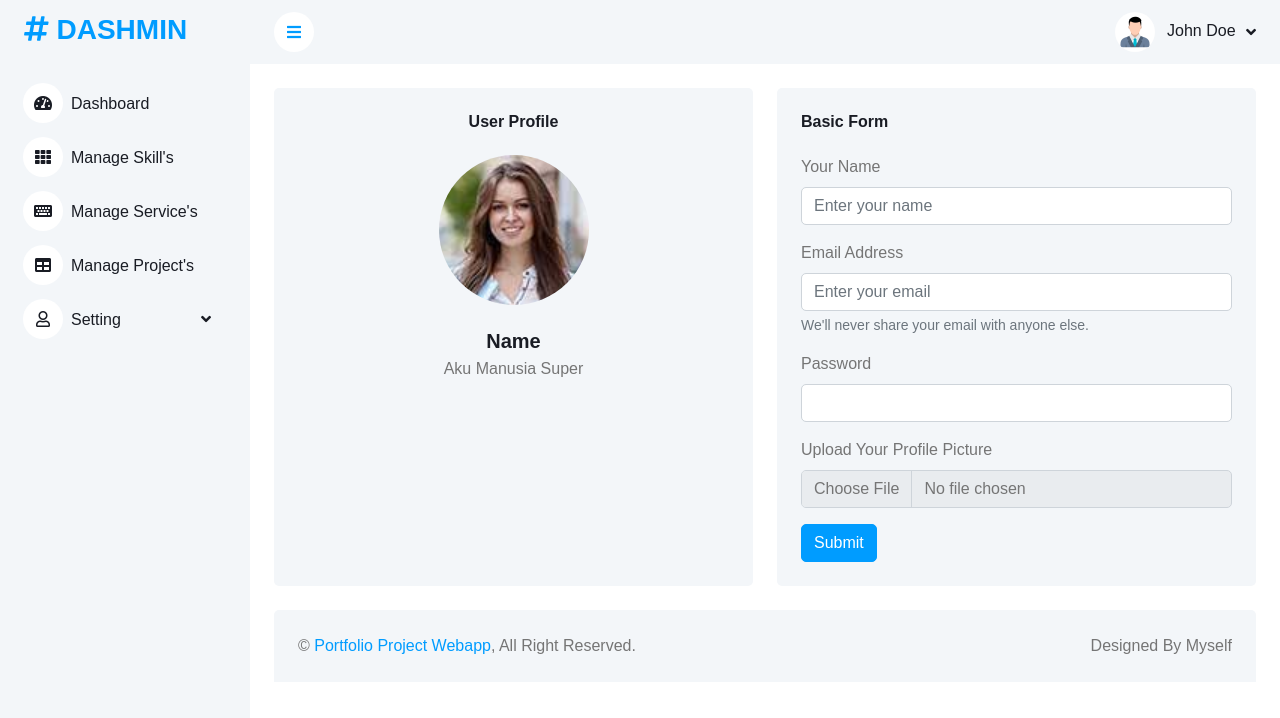
Repository: h4fizm/management-portfolio-project-webapp
Page: http://localhost/profile
An editor plug-in stored every save of this project. The page is shown before and after the next save, followed by the edit.
The browser window is 1280 px wide. The pictures show the whole page.
Some web fonts or font styles are not loaded; a fallback is used. Some web libraries are served in a nearby version. The page is served by the project's Laravel application, run on PHP 8.4 with Laravel 12. A made-up administrator, Test User (test@example.com), is signed in. Other server files are loaded and not shown.

Above is the page before, as saved 2025-01-15 03:09:17.
Console error: TypeError: Cannot read properties of undefined (reading 'getContext')

### routes/web.php
<?php

use Illuminate\Support\Facades\Route;
use App\Http\Controllers\AuthController;
use App\Http\Controllers\DashboardController;
use App\Http\Controllers\ProfileController;

Route::get('/', function () {
    return view('LandingPage');
});

Route::get('/login', [AuthController::class, 'showLoginPage'])->name('login.page');
Route::post('/login', [AuthController::class, 'login'])->name('login');

Route::get('/register', [AuthController::class, 'showRegisterPage'])->name('register.page');
Route::post('/register', [AuthController::class, 'register'])->name('register');

Route::post('/logout', [AuthController::class, 'logout'])->name('logout');

// Lindungi route dashboard dengan middleware auth
Route::get('/dashboard', [DashboardController::class, 'showMainPage'])->middleware('auth')->name('dashboard');
Route::get('/profile', [ProfileController::class, 'showProfilePage'])->middleware('auth')->name('profile');

### app/Models/User.php
<?php

namespace App\Models;

use Illuminate\Database\Eloquent\Factories\HasFactory;
use Illuminate\Database\Eloquent\Model;
use Illuminate\Foundation\Auth\User as Authenticatable;

class User extends Authenticatable
{
    use HasFactory;

    // Tentukan tabel yang digunakan
    protected $table = 'user';

    // Tentukan kolom yang dapat diisi
    protected $fillable = ['name', 'email', 'password', 'upload_resume'];

    // Sembunyikan kolom tertentu saat serialisasi
    protected $hidden = ['password', 'remember_token'];
}

### app/Http/Controllers/ProfileController.php
<?php

namespace App\Http\Controllers;

use Illuminate\Http\Request;

class ProfileController extends Controller
{
    public function showProfilePage()
    {
        return view('menu.profile');
    }
}

### resources/views/menu/profile.blade.php
@extends('MainPage')
@section('title', 'User Profile')
@section('content')
<div class="container-fluid pt-4 px-4">
    <div class="row g-4">
        <!-- Bagian Kiri: Foto dan Nama -->
        <div class="col-lg-6">
            <div class="bg-light rounded h-100 p-4 text-center">
                <h6 class="mb-4">User Profile</h6>
                <div class="testimonial-item">
                    <img class="img-fluid rounded-circle mx-auto mb-4"
                         src="{{ asset('DashPage/img/testimonial-1.jpg') }}"
                         style="width: 150px; height: 150px;">
                    <h5 class="mb-1">Name</h5>
                    <p class="mb-0">Aku Manusia Super</p>
                </div>
            </div>
        </div>

        <!-- Bagian Kanan: Formulir -->
        <div class="col-lg-6">
            <div class="bg-light rounded h-100 p-4">
                <h6 class="mb-4">Basic Form</h6>
                <form>
                    <!-- Input Nama -->
                    <div class="mb-3">
                        <label for="exampleInputName" class="form-label">Your Name</label>
                        <input type="text" class="form-control" id="exampleInputName" name="name" placeholder="Enter your name">
                    </div>

                    <!-- Input Email -->
                    <div class="mb-3">
                        <label for="exampleInputEmail" class="form-label">Email Address</label>
                        <input type="email" class="form-control" id="exampleInputEmail" name="email" placeholder="Enter your email">
                        <div id="emailHelp" class="form-text">We'll never share your email with anyone else.</div>
                    </div>

                    <!-- Input Password -->
                    <div class="mb-3">
                        <label for="exampleInputPassword1" class="form-label">Password</label>
                        <input type="password" class="form-control" id="exampleInputPassword1" name="password">
                    </div>

                    <!-- Input File -->
                    <div class="mb-3">
                        <label for="formFile" class="form-label">Upload Your Profile Picture</label>
                        <input class="form-control" type="file" id="formFile" name="profile_picture">
                    </div>

                    <!-- Submit Button -->
                    <button type="submit" class="btn btn-primary">Submit</button>
                </form>
            </div>
        </div>
    </div>
</div>
@endsection

### resources/views/MainPage.blade.php
<!DOCTYPE html>
<html lang="en">

<head>
    <meta charset="utf-8">
    <title>@yield('title')</title>
    <meta content="width=device-width, initial-scale=1.0" name="viewport">
    <meta content="" name="keywords">
    <meta content="" name="description">

    <!-- Favicon -->
    <link href="img/favicon.ico" rel="icon">

    <!-- Google Web Fonts -->
    <link rel="preconnect" href="https://fonts.googleapis.com">
    <link rel="preconnect" href="https://fonts.gstatic.com" crossorigin>
    <link href="https://fonts.googleapis.com/css2?family=Heebo:wght@400;500;600;700&display=swap" rel="stylesheet">

    <!-- Icon Font Stylesheet -->
    <link href="https://cdnjs.cloudflare.com/ajax/libs/font-awesome/5.10.0/css/all.min.css" rel="stylesheet">
    <link href="https://cdn.jsdelivr.net/npm/bootstrap-icons@1.4.1/font/bootstrap-icons.css" rel="stylesheet">

    <!-- Libraries Stylesheet -->
    <link href="{{ asset('DashPage/lib/owlcarousel/assets/owl.carousel.min.css')}}" rel="stylesheet">
    <link href="{{ asset('DashPage/lib/tempusdominus/css/tempusdominus-bootstrap-4.min.css')}}" rel="stylesheet" />

    <!-- Customized Bootstrap Stylesheet -->
    <link href="{{ asset('DashPage/css/bootstrap.min.css')}}" rel="stylesheet">

    <!-- Template Stylesheet -->
    <link href="{{ asset('DashPage/css/style.css')}}" rel="stylesheet">
</head>

<body>
    <div class="container-xxl position-relative bg-white d-flex p-0">
        <!-- Spinner Start -->
        <div id="spinner" class="show bg-white position-fixed translate-middle w-100 vh-100 top-50 start-50 d-flex align-items-center justify-content-center">
            <div class="spinner-border text-primary" style="width: 3rem; height: 3rem;" role="status">
                <span class="sr-only">Loading...</span>
            </div>
        </div>
        <!-- Spinner End -->


        <!-- Sidebar Start -->
        @include('partials.sidebar')
        <!-- Sidebar End -->


        <!-- Content Start -->
        <div class="content">
            <!-- Navbar Start -->
            @include('partials.header')
            <!-- Navbar End -->


            <!-- Main Content -->
             @yield('content')
            <!-- End Main Content -->

            <!-- Footer Start -->
             @include('partials.footer')
            <!-- Footer End -->
        </div>
        <!-- Content End -->


        <!-- Back to Top -->
        {{-- <a href="#" class="btn btn-lg btn-primary btn-lg-square back-to-top"><i class="bi bi-arrow-up"></i></a> --}}
    </div>

    <!-- JavaScript Libraries -->
    <script src="https://code.jquery.com/jquery-3.4.1.min.js"></script>
    <script src="https://cdn.jsdelivr.net/npm/bootstrap@5.0.0/dist/js/bootstrap.bundle.min.js"></script>
    <script src="{{ asset('DashPage/lib/chart/chart.min.js')}}"></script>
    <script src="{{ asset('DashPage/lib/easing/easing.min.js')}}"></script>
    <script src="{{ asset('DashPage/lib/waypoints/waypoints.min.js')}}"></script>
    <script src="{{ asset('DashPage/lib/owlcarousel/owl.carousel.min.js')}}"></script>
    <script src="{{ asset('DashPage/lib/tempusdominus/js/moment.min.js')}}"></script>
    <script src="{{ asset('DashPage/lib/tempusdominus/js/moment-timezone.min.js')}}"></script>
    <script src="{{ asset('DashPage/lib/tempusdominus/js/tempusdominus-bootstrap-4.min.js')}}"></script>

    <!-- Template Javascript -->
    <script src="{{ asset('DashPage/js/main.js')}}"></script>
</body>

</html>

### resources/views/partials/sidebar.blade.php
<div class="sidebar pe-4 pb-3">
    <nav class="navbar bg-light navbar-light">
        <a href="{{ route('dashboard') }}" class="navbar-brand mx-4 mb-3">
            <h3 class="text-primary"><i class="fa fa-hashtag me-2"></i>DASHMIN</h3>
        </a>
        <div class="navbar-nav w-100">
            <a href="{{ route('dashboard') }}" class="nav-item nav-link @if(Route::currentRouteName() == 'dashboard') active @endif">
                <i class="fa fa-tachometer-alt me-2"></i>Dashboard
            </a>
            <a href="#" class="nav-item nav-link">
                <i class="fa fa-th me-2"></i>Manage Skill's
            </a>
            <a href="#" class="nav-item nav-link">
                <i class="fa fa-keyboard me-2"></i>Manage Service's
            </a>
            <a href="#" class="nav-item nav-link">
                <i class="fa fa-table me-2"></i>Manage Project's
            </a>
            <div class="nav-item dropdown">
                <a href="#" class="nav-link dropdown-toggle" data-bs-toggle="dropdown">
                    <i class="far fa-user me-2"></i>Setting
                </a>
                <div class="dropdown-menu bg-transparent border-0">
                    <a href="#" class="dropdown-item">Manage User</a>
                    <a href="{{ route('profile') }}" class="dropdown-item @if(Route::currentRouteName() == 'profile') active @endif">My Profile</a>
                </div>
            </div>
        </div>
    </nav>
</div>

### resources/views/partials/header.blade.php
<nav class="navbar navbar-expand bg-light navbar-light sticky-top px-4 py-0">
    <a href="index.html" class="navbar-brand d-flex d-lg-none me-4">
        <h2 class="text-primary mb-0"><i class="fa fa-hashtag"></i></h2>
    </a>
    <a href="#" class="sidebar-toggler flex-shrink-0">
        <i class="fa fa-bars"></i>
    </a>
    <div class="navbar-nav align-items-center ms-auto">
        <div class="nav-item dropdown">
            <a href="#" class="nav-link dropdown-toggle" data-bs-toggle="dropdown">
                <img class="rounded-circle me-lg-2" src="{{ asset('DashPage/img/user.jpg') }}" alt="" style="width: 40px; height: 40px;">
                <span class="d-none d-lg-inline-flex">John Doe</span>
            </a>
            <div class="dropdown-menu dropdown-menu-end bg-light border-0 rounded-0 rounded-bottom m-0">
                <a href="#" class="dropdown-item">My Profile</a>
                <a href="#" class="dropdown-item" onclick="event.preventDefault(); document.getElementById('logout-form').submit();">
                    Log Out
                </a>
                <form id="logout-form" action="{{ route('logout') }}" method="POST" style="display: none;">
                    @csrf
                </form>
            </div>
        </div>
    </div>
</nav>

### resources/views/partials/footer.blade.php
<div class="container-fluid pt-4 px-4">
    <div class="bg-light rounded-top p-4">
        <div class="row">
            <div class="col-12 col-sm-6 text-center text-sm-start">
                &copy; <a href="">Portfolio Project Webapp</a>, All Right Reserved.
            </div>
            <div class="col-12 col-sm-6 text-center text-sm-end">
                <!--/*** This template is free as long as you keep the footer author’s credit link/attribution link/backlink. If you'd like to use the template without the footer author’s credit link/attribution link/backlink, you can purchase the Credit Removal License from "https://htmlcodex.com/credit-removal". Thank you for your support. ***/-->
                Designed By Myself</a>
            </div>
        </div>
    </div>
</div>

### public/DashPage/css/style.css
/********** Template CSS **********/
:root {
    --primary: #009CFF;
    --light: #F3F6F9;
    --dark: #191C24;
}

.back-to-top {
    position: fixed;
    display: none;
    right: 45px;
    bottom: 45px;
    z-index: 99;
}


/*** Spinner ***/
#spinner {
    opacity: 0;
    visibility: hidden;
    transition: opacity .5s ease-out, visibility 0s linear .5s;
    z-index: 99999;
}

#spinner.show {
    transition: opacity .5s ease-out, visibility 0s linear 0s;
    visibility: visible;
    opacity: 1;
}


/*** Button ***/
.btn {
    transition: .5s;
}

.btn.btn-primary {
    color: #FFFFFF;
}

.btn-square {
    width: 38px;
    height: 38px;
}

.btn-sm-square {
    width: 32px;
    height: 32px;
}

.btn-lg-square {
    width: 48px;
    height: 48px;
}

.btn-square,
.btn-sm-square,
.btn-lg-square {
    padding: 0;
    display: inline-flex;
    align-items: center;
    justify-content: center;
    font-weight: normal;
    border-radius: 50px;
}


/*** Layout ***/
.sidebar {
    position: fixed;
    top: 0;
    left: 0;
    bottom: 0;
    width: 250px;
    height: 100vh;
    overflow-y: auto;
    background: var(--light);
    transition: 0.5s;
    z-index: 999;
}

.content {
    margin-left: 250px;
    min-height: 100vh;
    background: #FFFFFF;
    transition: 0.5s;
}

@media (min-width: 992px) {
    .sidebar {
        margin-left: 0;
    }

    .sidebar.open {
        margin-left: -250px;
    }

    .content {
        width: calc(100% - 250px);
    }

    .content.open {
        width: 100%;
        margin-left: 0;
    }
}

@media (max-width: 991.98px) {
    .sidebar {
        margin-left: -250px;
    }

    .sidebar.open {
        margin-left: 0;
    }

    .content {
        width: 100%;
        margin-left: 0;
    }
}


/*** Navbar ***/
.sidebar .navbar .navbar-nav .nav-link {
    padding: 7px 20px;
    color: var(--dark);
    font-weight: 500;
    border-left: 3px solid var(--light);
    border-radius: 0 30px 30px 0;
    outline: none;
}

.sidebar .navbar .navbar-nav .nav-link:hover,
.sidebar .navbar .navbar-nav .nav-link.active {
    color: var(--primary);
    background: #FFFFFF;
    border-color: var(--primary);
}

.sidebar .navbar .navbar-nav .nav-link i {
    width: 40px;
    height: 40px;
    display: inline-flex;
    align-items: center;
    justify-content: center;
    background: #FFFFFF;
    border-radius: 40px;
}

.sidebar .navbar .navbar-nav .nav-link:hover i,
.sidebar .navbar .navbar-nav .nav-link.active i {
    background: var(--light);
}

.sidebar .navbar .dropdown-toggle::after {
    position: absolute;
    top: 15px;
    right: 15px;
    border: none;
    content: "\f107";
    font-family: "Font Awesome 5 Free";
    font-weight: 900;
    transition: .5s;
}

.sidebar .navbar .dropdown-toggle[aria-expanded=true]::after {
    transform: rotate(-180deg);
}

.sidebar .navbar .dropdown-item {
    padding-left: 25px;
    border-radius: 0 30px 30px 0;
}

.content .navbar .navbar-nav .nav-link {
    margin-left: 25px;
    padding: 12px 0;
    color: var(--dark);
    outline: none;
}

.content .navbar .navbar-nav .nav-link:hover,
.content .navbar .navbar-nav .nav-link.active {
    color: var(--primary);
}

.content .navbar .sidebar-toggler,
.content .navbar .navbar-nav .nav-link i {
    width: 40px;
    height: 40px;
    display: inline-flex;
    align-items: center;
    justify-content: center;
    background: #FFFFFF;
    border-radius: 40px;
}

.content .navbar .dropdown-toggle::after {
    margin-left: 6px;
    vertical-align: middle;
    border: none;
    content: "\f107";
    font-family: "Font Awesome 5 Free";
    font-weight: 900;
    transition: .5s;
}

.content .navbar .dropdown-toggle[aria-expanded=true]::after {
    transform: rotate(-180deg);
}

@media (max-width: 575.98px) {
    .content .navbar .navbar-nav .nav-link {
        margin-left: 15px;
    }
}


/*** Date Picker ***/
.bootstrap-datetimepicker-widget.bottom {
    top: auto !important;
}

.bootstrap-datetimepicker-widget .table * {
    border-bottom-width: 0px;
}

.bootstrap-datetimepicker-widget .table th {
    font-weight: 500;
}

.bootstrap-datetimepicker-widget.dropdown-menu {
    padding: 10px;
    border-radius: 2px;
}

.bootstrap-datetimepicker-widget table td.active,
.bootstrap-datetimepicker-widget table td.active:hover {
    background: var(--primary);
}

.bootstrap-datetimepicker-widget table td.today::before {
    border-bottom-color: var(--primary);
}


/*** Testimonial ***/
.progress .progress-bar {
    width: 0px;
    transition: 2s;
}


/*** Testimonial ***/
.testimonial-carousel .owl-dots {
    margin-top: 24px;
    display: flex;
    align-items: flex-end;
    justify-content: center;
}

.testimonial-carousel .owl-dot {
    position: relative;
    display: inline-block;
    margin: 0 5px;
    width: 15px;
    height: 15px;
    border: 5px solid var(--primary);
    border-radius: 15px;
    transition: .5s;
}

.testimonial-carousel .owl-dot.active {
    background: var(--dark);
    border-color: var(--primary);
}

### public/DashPage/js/main.js
(function ($) {
    "use strict";

    // Spinner
    var spinner = function () {
        setTimeout(function () {
            if ($('#spinner').length > 0) {
                $('#spinner').removeClass('show');
            }
        }, 1);
    };
    spinner();


    // Back to top button
    $(window).scroll(function () {
        if ($(this).scrollTop() > 300) {
            $('.back-to-top').fadeIn('slow');
        } else {
            $('.back-to-top').fadeOut('slow');
        }
    });
    $('.back-to-top').click(function () {
        $('html, body').animate({scrollTop: 0}, 1500, 'easeInOutExpo');
        return false;
    });


    // Sidebar Toggler
    $('.sidebar-toggler').click(function () {
        $('.sidebar, .content').toggleClass("open");
        return false;
    });


    // Progress Bar
    $('.pg-bar').waypoint(function () {
        $('.progress .progress-bar').each(function () {
            $(this).css("width", $(this).attr("aria-valuenow") + '%');
        });
    }, {offset: '80%'});


    // Calender
    $('#calender').datetimepicker({
        inline: true,
        format: 'L'
    });


    // Testimonials carousel
    $(".testimonial-carousel").owlCarousel({
        autoplay: true,
        smartSpeed: 1000,
        items: 1,
        dots: true,
        loop: true,
        nav : false
    });


    // Worldwide Sales Chart
    var ctx1 = $("#worldwide-sales").get(0).getContext("2d");
    var myChart1 = new Chart(ctx1, {
        type: "bar",
        data: {
            labels: ["2016", "2017", "2018", "2019", "2020", "2021", "2022"],
            datasets: [{
                    label: "USA",
                    data: [15, 30, 55, 65, 60, 80, 95],
                    backgroundColor: "rgba(0, 156, 255, .7)"
                },
                {
                    label: "UK",
                    data: [8, 35, 40, 60, 70, 55, 75],
                    backgroundColor: "rgba(0, 156, 255, .5)"
                },
                {
                    label: "AU",
                    data: [12, 25, 45, 55, 65, 70, 60],
                    backgroundColor: "rgba(0, 156, 255, .3)"
                }
            ]
            },
        options: {
            responsive: true
        }
    });


    // Salse & Revenue Chart
    var ctx2 = $("#salse-revenue").get(0).getContext("2d");
    var myChart2 = new Chart(ctx2, {
        type: "line",
        data: {
            labels: ["2016", "2017", "2018", "2019", "2020", "2021", "2022"],
            datasets: [{
                    label: "Salse",
                    data: [15, 30, 55, 45, 70, 65, 85],
                    backgroundColor: "rgba(0, 156, 255, .5)",
                    fill: true
                },
                {
                    label: "Revenue",
                    data: [99, 135, 170, 130, 190, 180, 270],
                    backgroundColor: "rgba(0, 156, 255, .3)",
                    fill: true
                }
            ]
            },
        options: {
            responsive: true
        }
    });



    // Single Line Chart
    var ctx3 = $("#line-chart").get(0).getContext("2d");
    var myChart3 = new Chart(ctx3, {
        type: "line",
        data: {
            labels: [50, 60, 70, 80, 90, 100, 110, 120, 130, 140, 150],
            datasets: [{
                label: "Salse",
                fill: false,
                backgroundColor: "rgba(0, 156, 255, .3)",
                data: [7, 8, 8, 9, 9, 9, 10, 11, 14, 14, 15]
            }]
        },
        options: {
            responsive: true
        }
    });


    // Single Bar Chart
    var ctx4 = $("#bar-chart").get(0).getContext("2d");
    var myChart4 = new Chart(ctx4, {
        type: "bar",
        data: {
            labels: ["Italy", "France", "Spain", "USA", "Argentina"],
            datasets: [{
                backgroundColor: [
                    "rgba(0, 156, 255, .7)",
                    "rgba(0, 156, 255, .6)",
                    "rgba(0, 156, 255, .5)",
                    "rgba(0, 156, 255, .4)",
                    "rgba(0, 156, 255, .3)"
                ],
                data: [55, 49, 44, 24, 15]
            }]
        },
        options: {
            responsive: true
        }
    });


    // Pie Chart
    var ctx5 = $("#pie-chart").get(0).getContext("2d");
    var myChart5 = new Chart(ctx5, {
        type: "pie",
        data: {
            labels: ["Italy", "France", "Spain", "USA", "Argentina"],
            datasets: [{
                backgroundColor: [
                    "rgba(0, 156, 255, .7)",
                    "rgba(0, 156, 255, .6)",
                    "rgba(0, 156, 255, .5)",
                    "rgba(0, 156, 255, .4)",
                    "rgba(0, 156, 255, .3)"
                ],
                data: [55, 49, 44, 24, 15]
            }]
        },
        options: {
            responsive: true
        }
    });


    // Doughnut Chart
    var ctx6 = $("#doughnut-chart").get(0).getContext("2d");
    var myChart6 = new Chart(ctx6, {
        type: "doughnut",
        data: {
            labels: ["Italy", "France", "Spain", "USA", "Argentina"],
            datasets: [{
                backgroundColor: [
                    "rgba(0, 156, 255, .7)",
                    "rgba(0, 156, 255, .6)",
                    "rgba(0, 156, 255, .5)",
                    "rgba(0, 156, 255, .4)",
                    "rgba(0, 156, 255, .3)"
                ],
                data: [55, 49, 44, 24, 15]
            }]
        },
        options: {
            responsive: true
        }
    });


})(jQuery);

Loaded but not shown: app/Http/Controllers/Controller.php (common file); public/DashPage/lib/owlcarousel/assets/owl.carousel.min.css (common file); public/DashPage/lib/tempusdominus/css/tempusdominus-bootstrap-4.min.css (library); public/DashPage/css/bootstrap.min.css (library); public/DashPage/lib/chart/chart.min.js (library); public/DashPage/lib/easing/easing.min.js (common file); public/DashPage/lib/waypoints/waypoints.min.js (library); public/DashPage/lib/owlcarousel/owl.carousel.min.js (library); public/DashPage/lib/tempusdominus/js/moment.min.js (library); public/DashPage/lib/tempusdominus/js/moment-timezone.min.js (library); public/DashPage/lib/tempusdominus/js/tempusdominus-bootstrap-4.min.js (library)

After the next save:
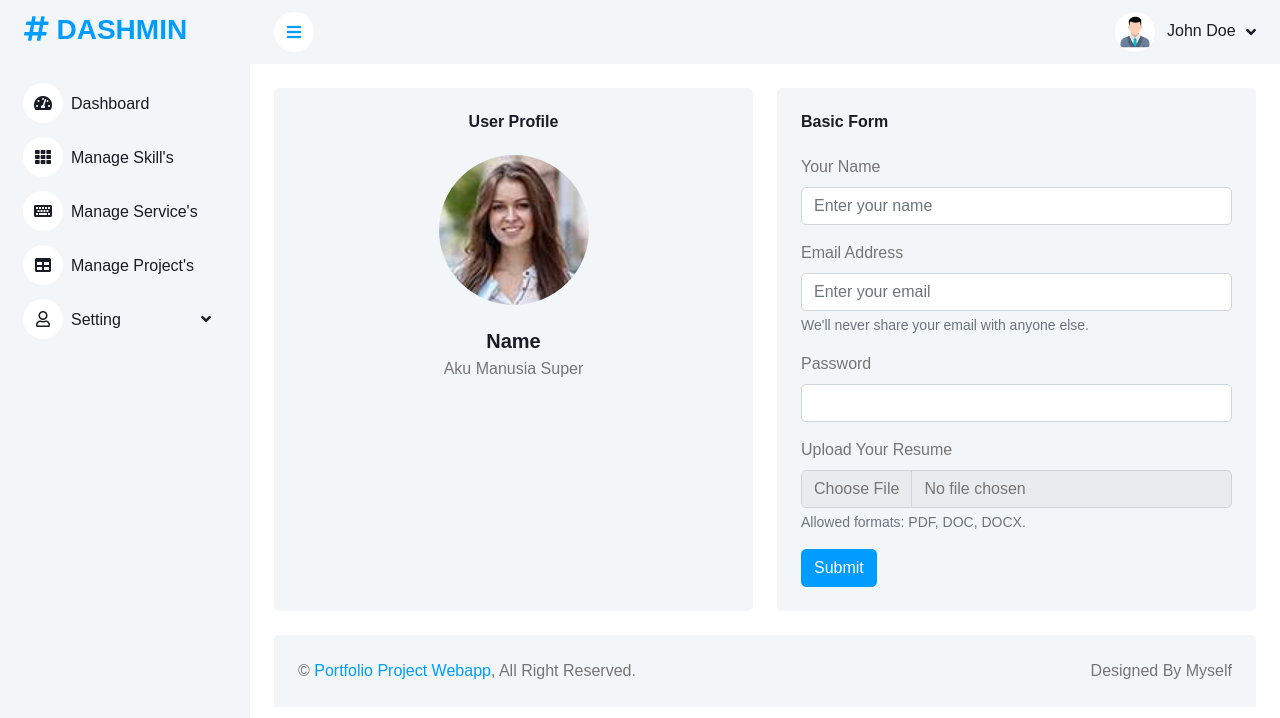
Saved 100 s later.
--- a/resources/views/menu/profile.blade.php
+++ b/resources/views/menu/profile.blade.php
@@ -41,10 +41,11 @@
                         <input type="password" class="form-control" id="exampleInputPassword1" name="password">
                     </div>
 
-                    <!-- Input File -->
+                    <!-- Input File untuk Resume -->
                     <div class="mb-3">
-                        <label for="formFile" class="form-label">Upload Your Profile Picture</label>
-                        <input class="form-control" type="file" id="formFile" name="profile_picture">
+                        <label for="formFileResume" class="form-label">Upload Your Resume</label>
+                        <input class="form-control" type="file" id="formFileResume" name="resume" accept=".pdf,.doc,.docx">
+                        <div id="fileHelp" class="form-text">Allowed formats: PDF, DOC, DOCX.</div>
                     </div>
 
                     <!-- Submit Button -->
